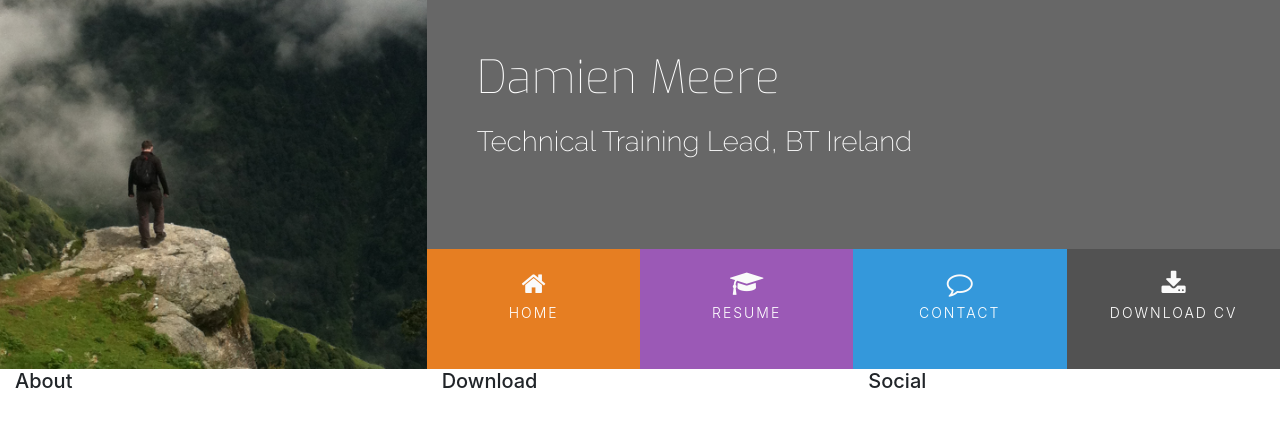
Repository: damien-meere/cv_site_project
Page: index.html
The author's editor kept a record of every edit. The page is drawn from the files as they stood at one moment, then again after the next edit.
The browser window is 1280 px wide. The pictures show the whole page.

Above is the page before.

After the next edit:
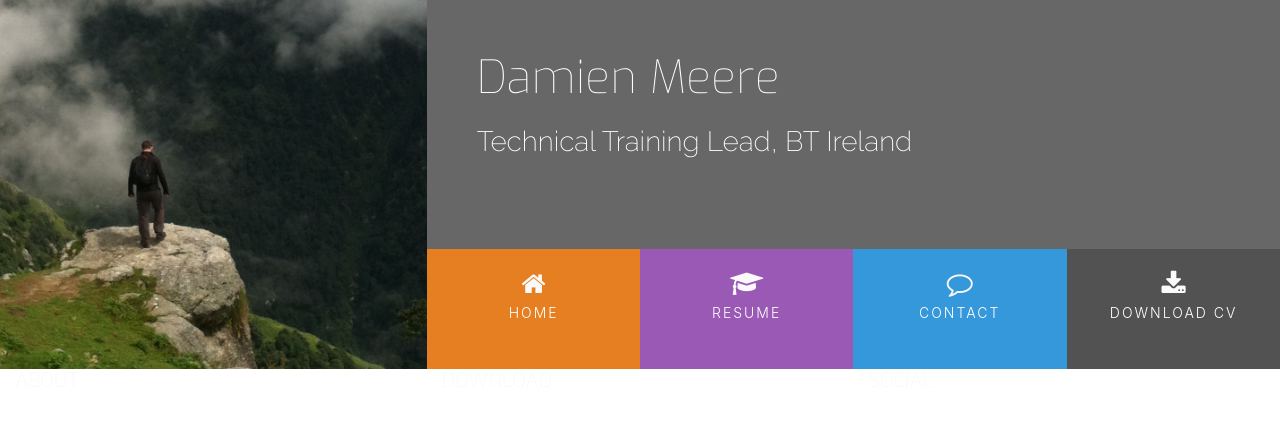
The edit:
--- a/assets/css/style.css
+++ b/assets/css/style.css
@@ -23,7 +23,20 @@
 
 /*--------------------------------------------------Special Padding/margins/text*/
 
+h1,h2,h3,h4 {
+    margin: 0;
+}
 
+.uppercase {
+    text-transform: uppercase;
+}
+
+.general-sub {
+    font-family: "Exo", sans-serif;
+    font-weight:300;
+    color: #fafafa;
+
+}
 
 /*--------------------------------------------------Headings*/
 header {
